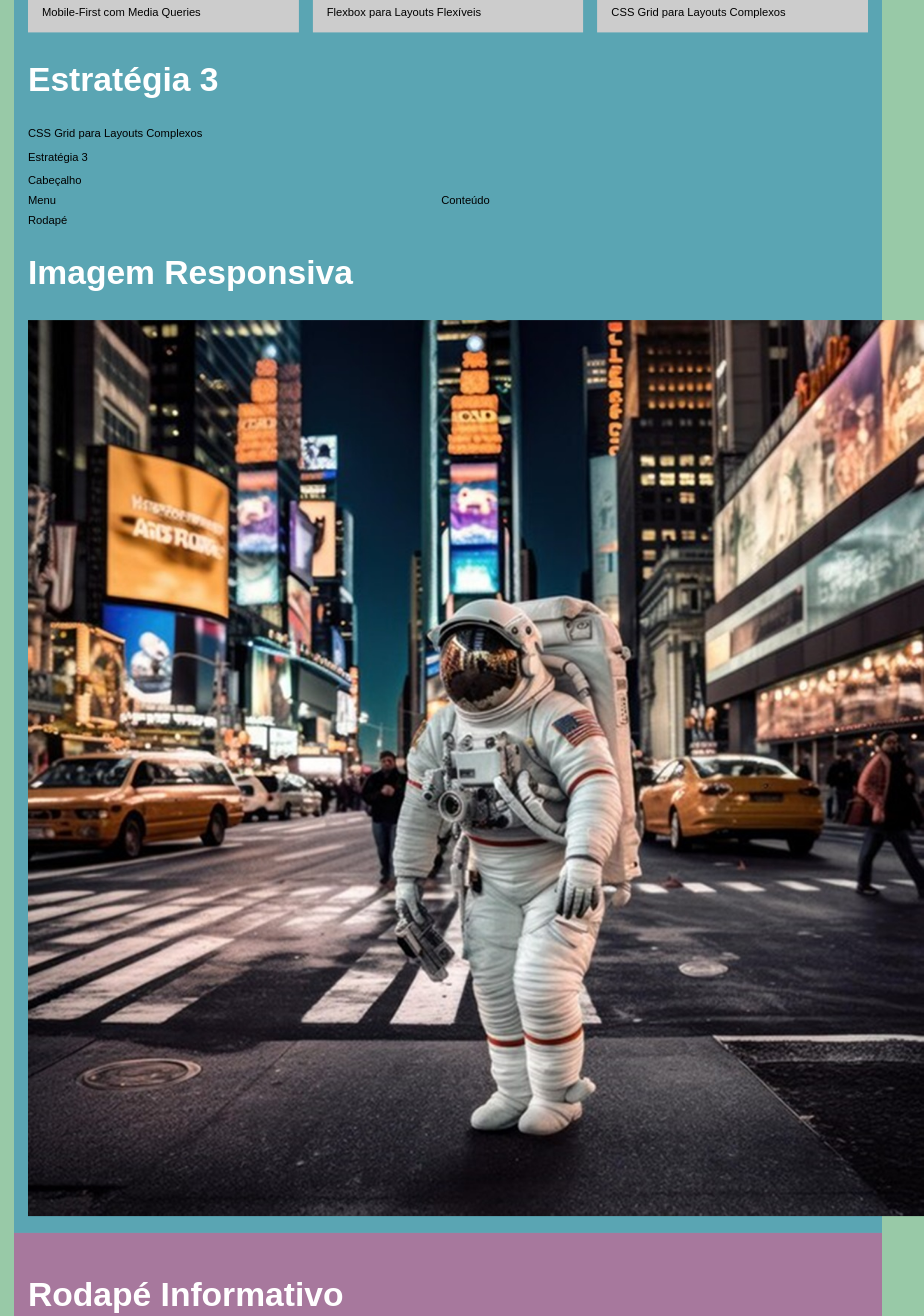
Repository: douglasabnovato/model-lp
Page: index.html
These files come from the project's save history. The page is drawn as it stood at one moment and after the next save; the edit follows.
The browser window is 1280 px wide. The page is 1320 px wide, so the pictures cover 1320 px, including what lies to the right of the window. The pictures show the part of the page from y = 595 to 2475 px (the page is 2532 px tall before and 2652 px after), at 70% of full size.

Above is the page before, as saved 2025-02-25 11:39:36.

### index.html
<!DOCTYPE html>
<html lang="pt-br">
  <head>
    <meta charset="UTF-8" />
    <meta name="viewport" content="width=device-width, initial-scale=1.0" />
    <title>Filmes Épicos</title>
    <link rel="stylesheet" type="text/css" href="./style.css" />
  </head>
  <body>
    <header>
      <h2>Meu Site Incrível</h2>
    </header>
    <main>
      <h2>Estratégia 1</h2>
      <p>Mobile-First com Media Queries</p>
      <p>Elementos: header main footer</p>

      <h2>Estratégia 2</h2>
      <p>Flexbox para Layouts Flexíveis</p>
      <p>Estratégia 2</p>
      <div class="container">
        <div class="item">Mobile-First com Media Queries</div>
        <div class="item">Flexbox para Layouts Flexíveis</div>
        <div class="item">CSS Grid para Layouts Complexos</div>
      </div>

      <h2>Estratégia 3</h2>
      <p>CSS Grid para Layouts Complexos</p>
      <p>Estratégia 3</p>
      <div class="grid-container">
        <div class="grid-item">Cabeçalho</div>
        <div class="grid-item">Menu</div>
        <div class="grid-item">Conteúdo</div>
        <div class="grid-item">Rodapé</div>
      </div>

      <h2>Imagem Responsiva</h2>
      <div>
        <img
          src="./assets/astronauta-418.jpg"
          srcset="./assets/astronauta-418.jpg 418w, ./assets/astronauta-768.jpg 768w, ./assets/astronauta-1200.jpg 1200w"
          alt="Astronauta"
        />
      </div>
    </main>
    <footer>
      <h2>Rodapé Informativo</h2>
    </footer>
  </body>
</html>

### style.css
/* Estilos base para mobile */
body {
  font-family: Arial, sans-serif;
  margin: 0;
  background-color: #65691c77;
}

h2 {
  color: white;
  font-size: clamp(2rem, 5vw, 3rem);
}

header,
main,
footer {
  padding: 20px;
}

header {
  background-color: #5b0a8777;
}

main {
  background-color: #157bc077;
}

.container {
  display: flex;
  flex-wrap: wrap;
  gap: 20px;
}

.item {
  background-color: #ccc;
  padding: 20px;
  flex: 1 1 200px;
  box-sizing: border-box;
}

.grid-container {
  display: grid;
  grid-template-areas:
    "header header"
    "menu content"
    "footer footer";
  grid-gap: 10px;
}

.grid-item:nth-child(1) {
  grid-area: header;
}

.grid-item:nth-child(2) {
  grid-area: menu;
}

.grid-item:nth-child(3) {
  grid-area: content;
}

.grid-item:nth-child(4) {
  grid-area: footer;
}

footer {
  background-color: #b81b9377;
}

/* Media Query para telas maiores */
@media (min-width: 768px) {
  body {
    background-color: #238d4377;
  }

  header,
  main,
  footer {
    max-width: 1200px;
    margin: 0 auto;
  }
}

After the next save:
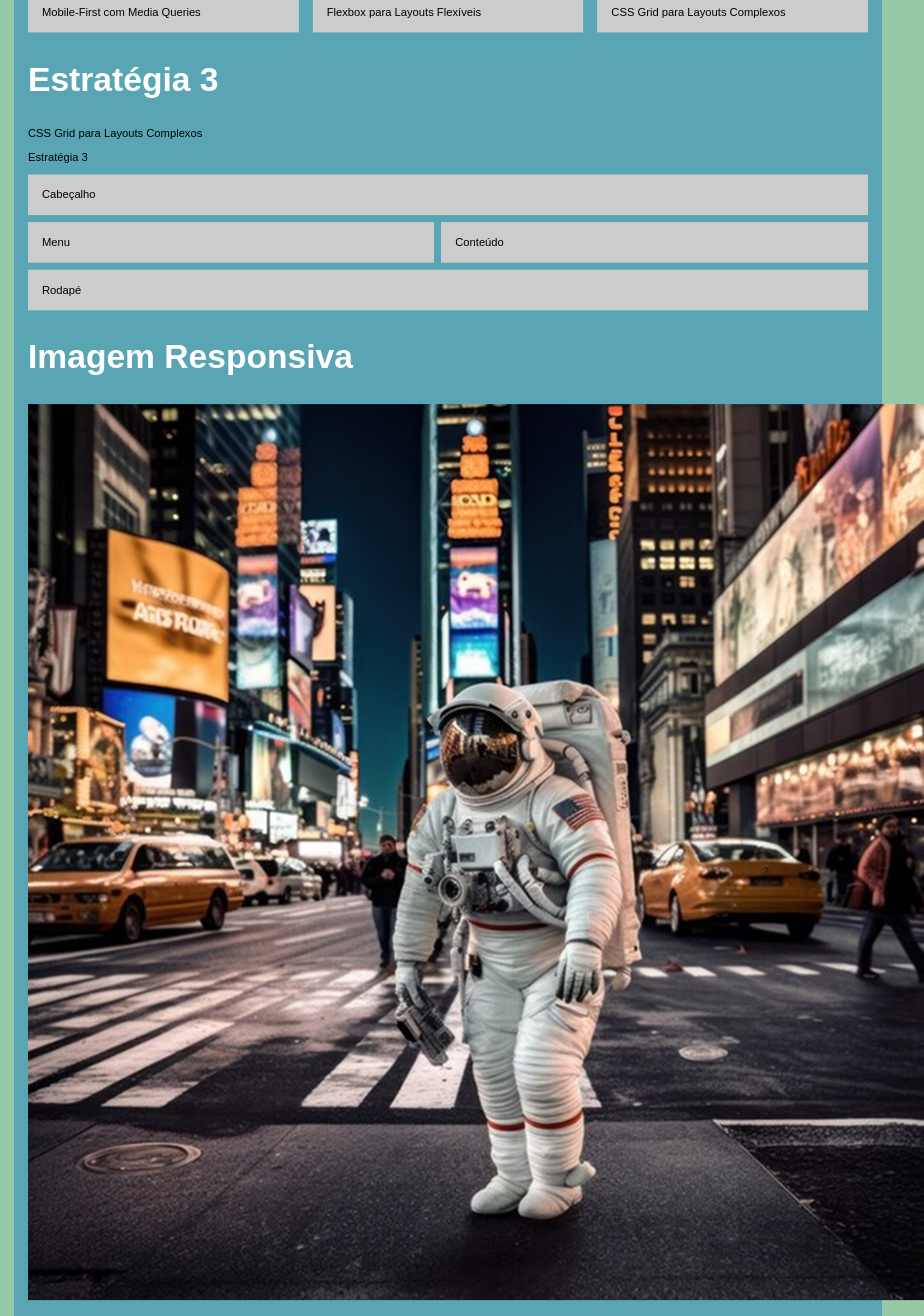
Saved 23 s later.
--- a/style.css
+++ b/style.css
@@ -46,6 +46,11 @@ main {
   grid-gap: 10px;
 }
 
+.grid-item {
+  background-color: #ccc;
+  padding: 20px;
+}
+
 .grid-item:nth-child(1) {
   grid-area: header;
 }
